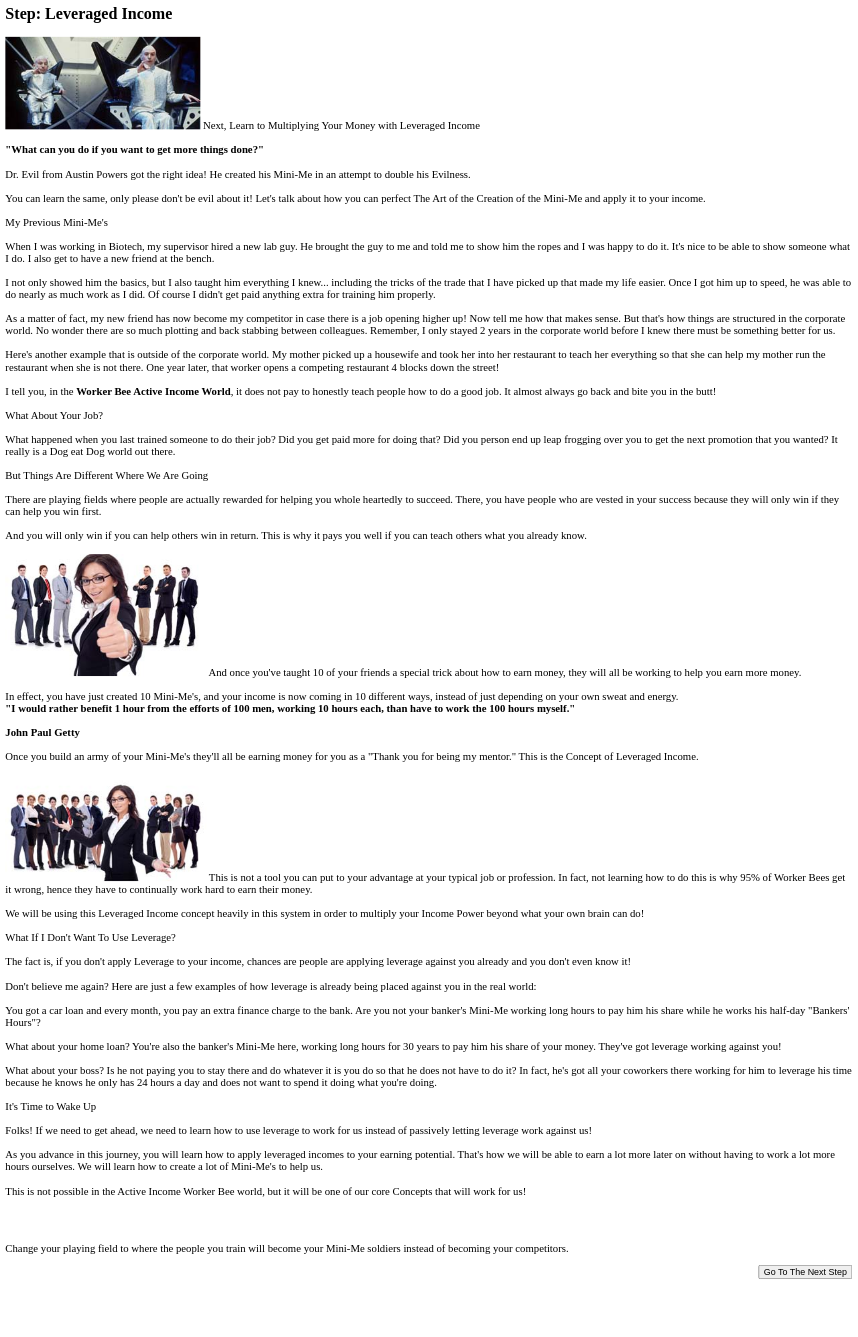
Repository: DevZubair/Danh-App
Page: www/templates/steps-leverage.html
The author's editor kept a record of every edit. The page is drawn from the files as they stood at one moment, then again after the next edit.
The browser window is 1280 px wide. The pictures show the whole page, at 67% of full size.

Above is the page before.

After the next edit:
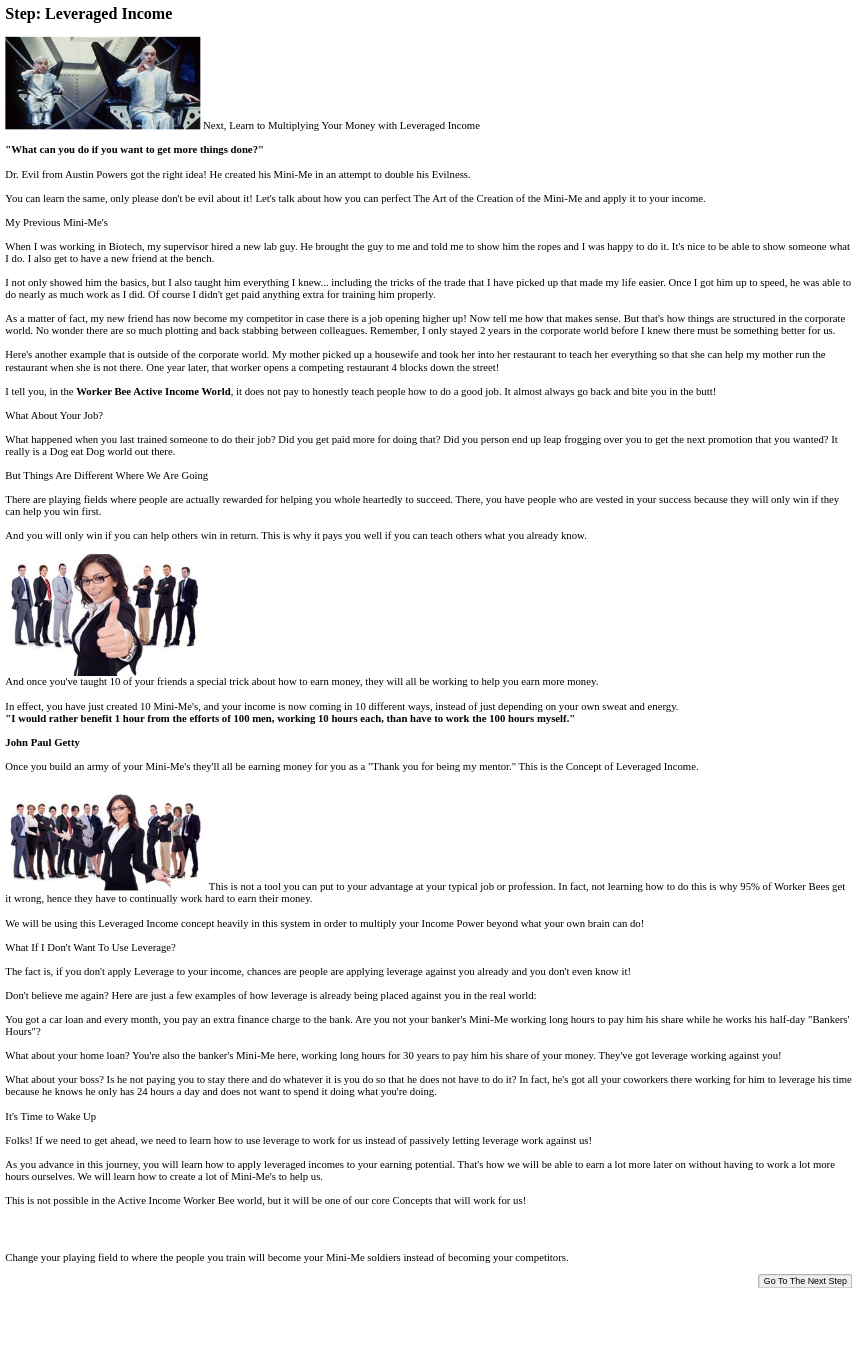
The edit:
--- a/www/templates/steps-leverage.html
+++ b/www/templates/steps-leverage.html
@@ -50,7 +50,7 @@
 
             <div class="row">
               <div class="col">
-               <img src="img/myTeam.jpg" class="images-center"></img>
+               <img src="img/myTeam.jpg" class="images-center"></img><br>
             And once you've taught 10 of your friends a special trick about how to earn money, they will all be working to help you earn more money.<br><br>
 
 
